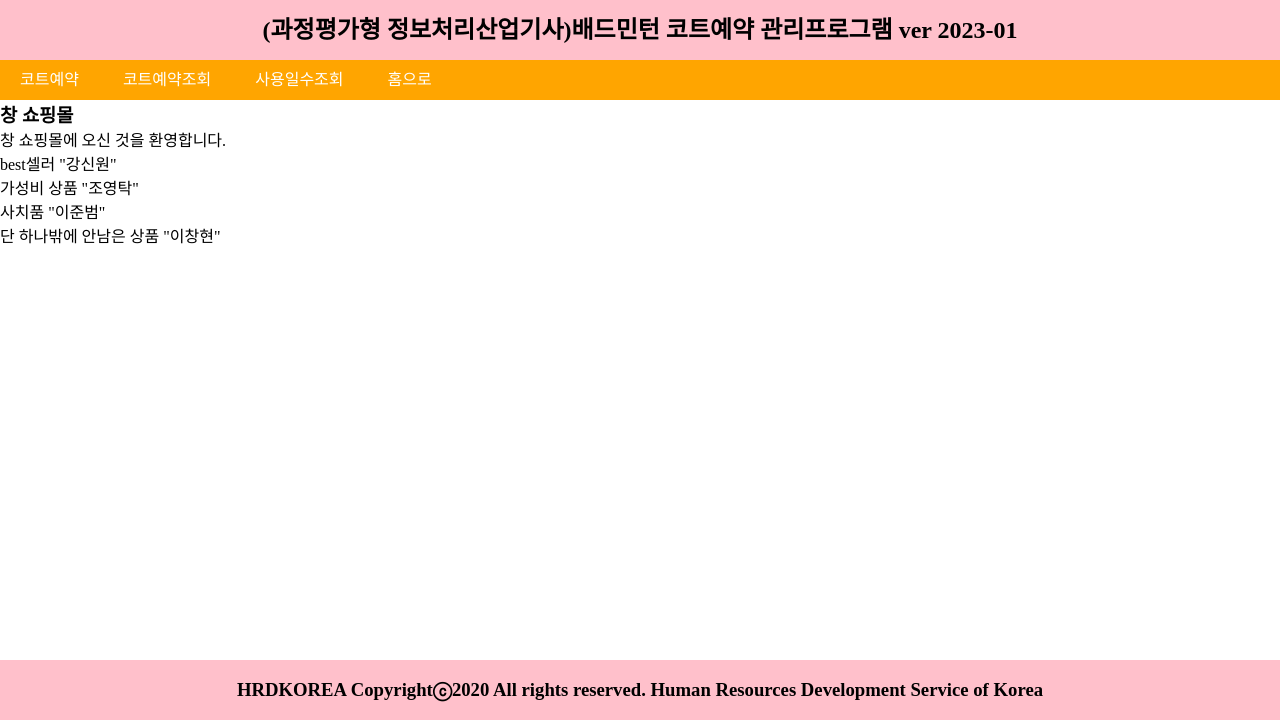
Repository: s25-30420/shopping
Page: http://localhost/shop/
The author's editor kept a copy of each file at every save. The page is drawn from the files as they stood at one save, then again after the next save.
The browser window is 1280 px wide. The pictures show the whole page.
The page is served by Tomcat 9.

Above is the page before, as saved 2025-09-08 00:23:28.

After the next save:
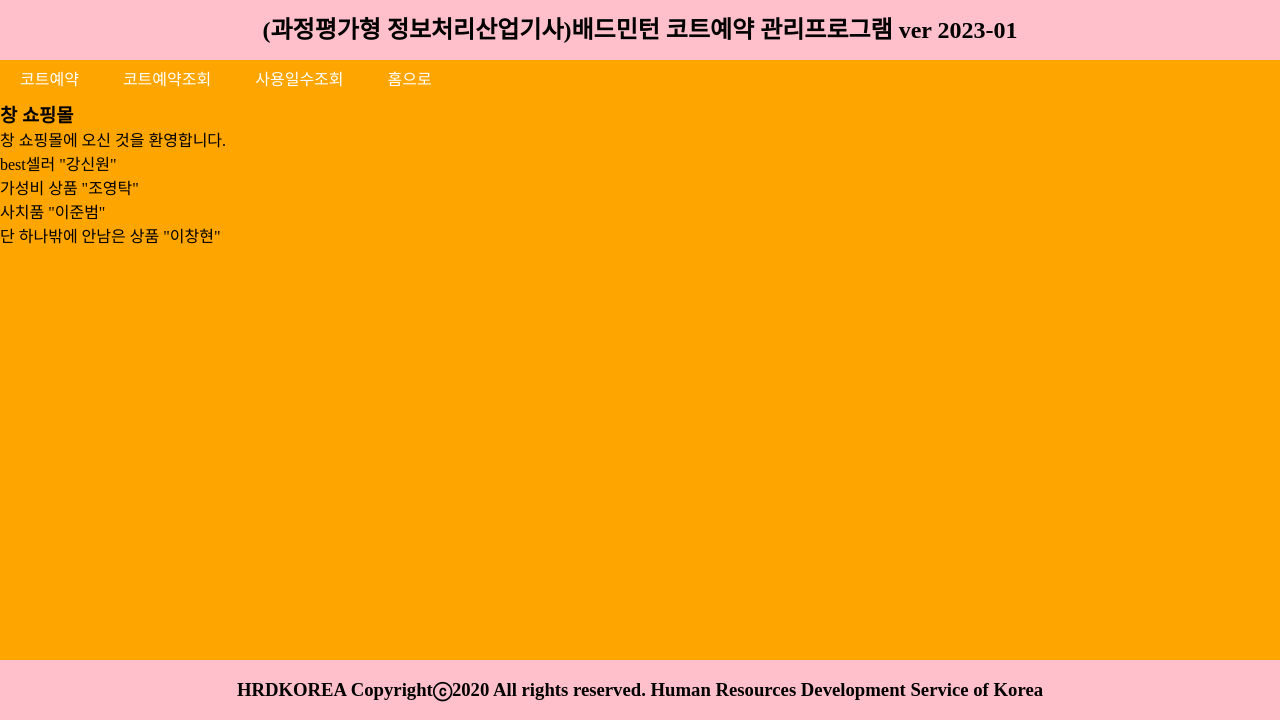
Saved 11 s later.
--- a/shop/src/main/webapp/index.jsp
+++ b/shop/src/main/webapp/index.jsp
@@ -15,7 +15,7 @@
 	section{
 		width: 100%;
 		height: calc(100vh - 160px);
-		background-color: lightorange;
+		background-color: orange;
 	}
 
 </style>

After the save that followed:
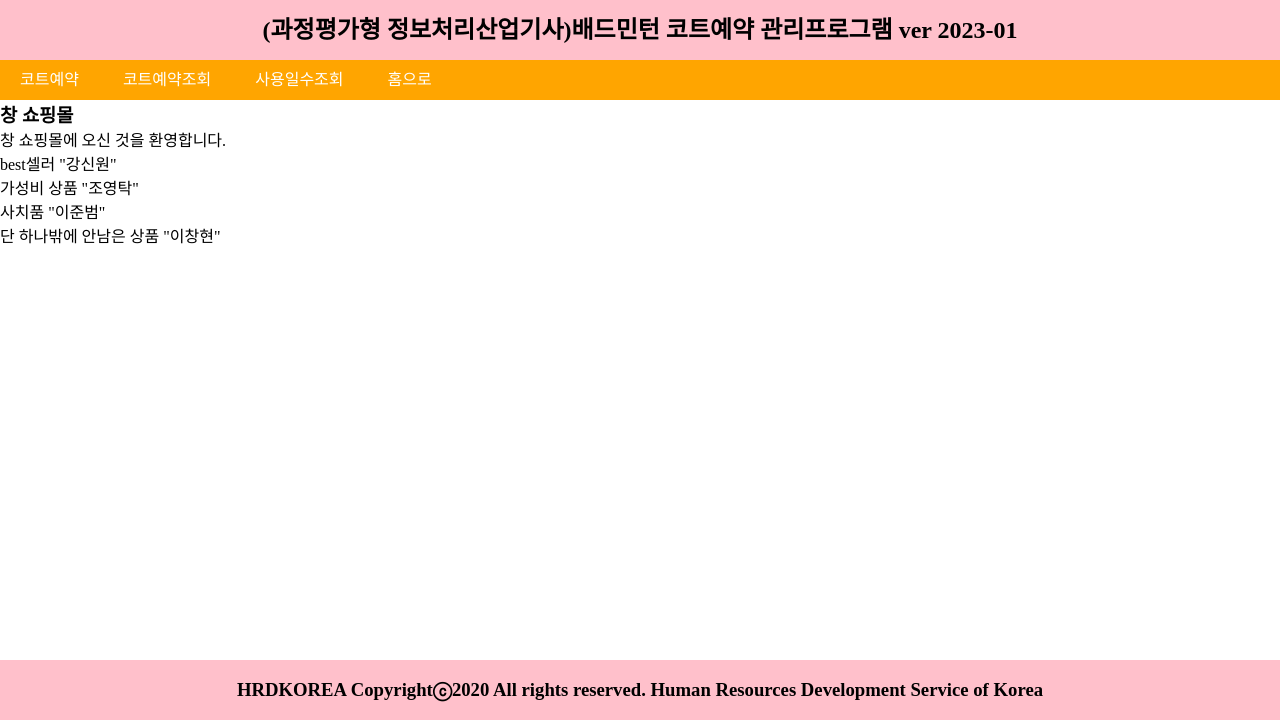
Saved 13 s later.
--- a/shop/src/main/webapp/index.jsp
+++ b/shop/src/main/webapp/index.jsp
@@ -15,7 +15,7 @@
 	section{
 		width: 100%;
 		height: calc(100vh - 160px);
-		background-color: orange;
+		background-color: lightorange;
 	}
 
 </style>
